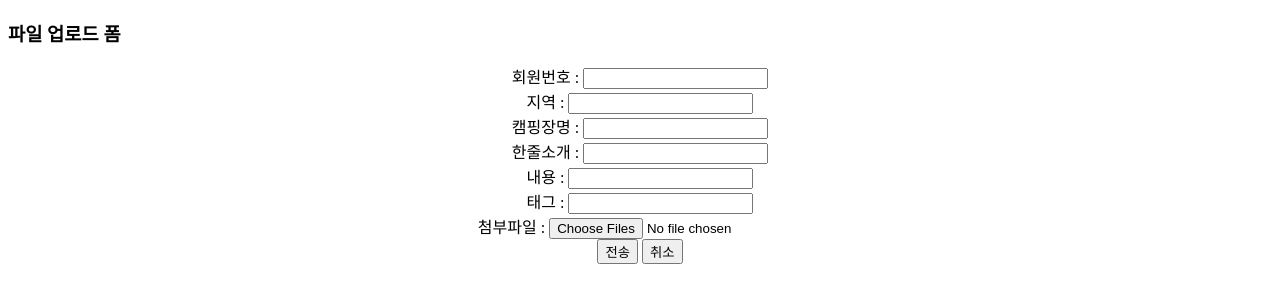
Repository: Lee-MinJa/JAVA_CAMP
Page: http://localhost/demo/Review/ReviewList.jsp
An editor plug-in stored every save of this project. The page is shown before and after the next save, followed by the edit.
The browser window is 1280 px wide. The pictures show the whole page.
The page is served by Tomcat 9. Other server files are loaded and not shown.

Above is the page before, as saved 2022-03-25 06:13:27.

### demo/src/main/webapp/Review/ReviewList.jsp
<%@ page language="java" contentType="text/html; charset=UTF-8"
    pageEncoding="UTF-8"%>
    <%@page import="java.util.*" %>
    <%@page import= "com.example.demo.util.PageBar" %>
<!DOCTYPE html>
<html>
<head>
<meta charset="UTF-8">
<title>Insert title here</title>
</head>
<body>
   <h3>파일 업로드 폼</h3>
<center>
    <!--
        파일업로드를 위해선 반드시 method="post" enctype="Multipart/form-data"여야함!
     -->
    <form action="./PrBoardInsert" method="post" enctype="Multipart/form-data">
        <!-- 올린 사람 : <input type="text" name="name" /><br/>
        제목        : <input type="text" name="subject" /><br/> -->
        <!--
            파일 업로드는 input type="file"로 지정한다.
         -->
        회원번호 : <input type="text" name="MEM_NUM" /><br/>
        지역 : <input type="text" name="PROMO_REGION" /><br/>
        캠핑장명 : <input type="text" name="PROMO_CAMPSITE" /><br/>
        한줄소개 : <input type="text" name="PROMO_MAIN_CONTENT" /><br/>
        내용 : <input type="text" name="PROMO_DETAIL_CONTENT" /><br/>
        태그 : <input type="text" name="TAG_NAME" /><br/>
        첨부파일 : <input type="file"  multiple="multiple" name="IMAGE_FILENAME" /><br/>
        <input type="submit" value="전송" />
        <input type="reset" value="취소" />
    </form>
</center>
</body>
</html>

After the next save:
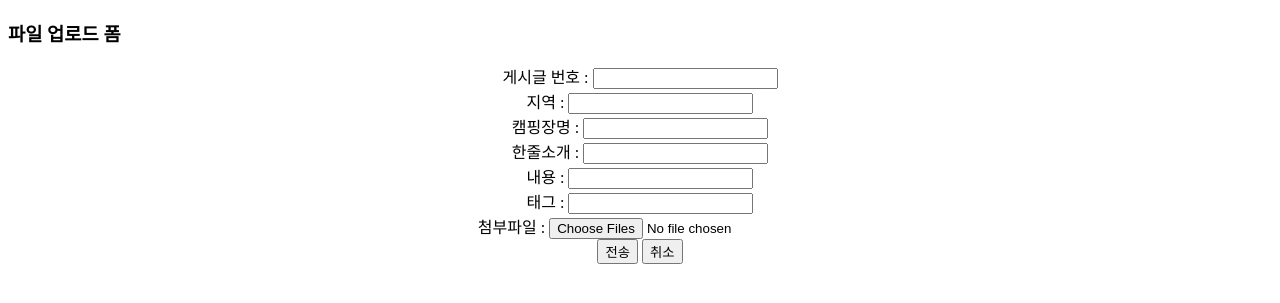
Saved 92 s later.
--- a/demo/src/main/webapp/Review/ReviewList.jsp
+++ b/demo/src/main/webapp/Review/ReviewList.jsp
@@ -14,13 +14,13 @@
     <!--
         파일업로드를 위해선 반드시 method="post" enctype="Multipart/form-data"여야함!
      -->
-    <form action="./PrBoardInsert" method="post" enctype="Multipart/form-data">
+    <form action="./ReviewInsert" method="post" enctype="Multipart/form-data">
         <!-- 올린 사람 : <input type="text" name="name" /><br/>
         제목        : <input type="text" name="subject" /><br/> -->
         <!--
             파일 업로드는 input type="file"로 지정한다.
          -->
-        회원번호 : <input type="text" name="MEM_NUM" /><br/>
+       	게시글 번호 : <input type="text" name="PROMO_NUM" /><br/>
         지역 : <input type="text" name="PROMO_REGION" /><br/>
         캠핑장명 : <input type="text" name="PROMO_CAMPSITE" /><br/>
         한줄소개 : <input type="text" name="PROMO_MAIN_CONTENT" /><br/>
